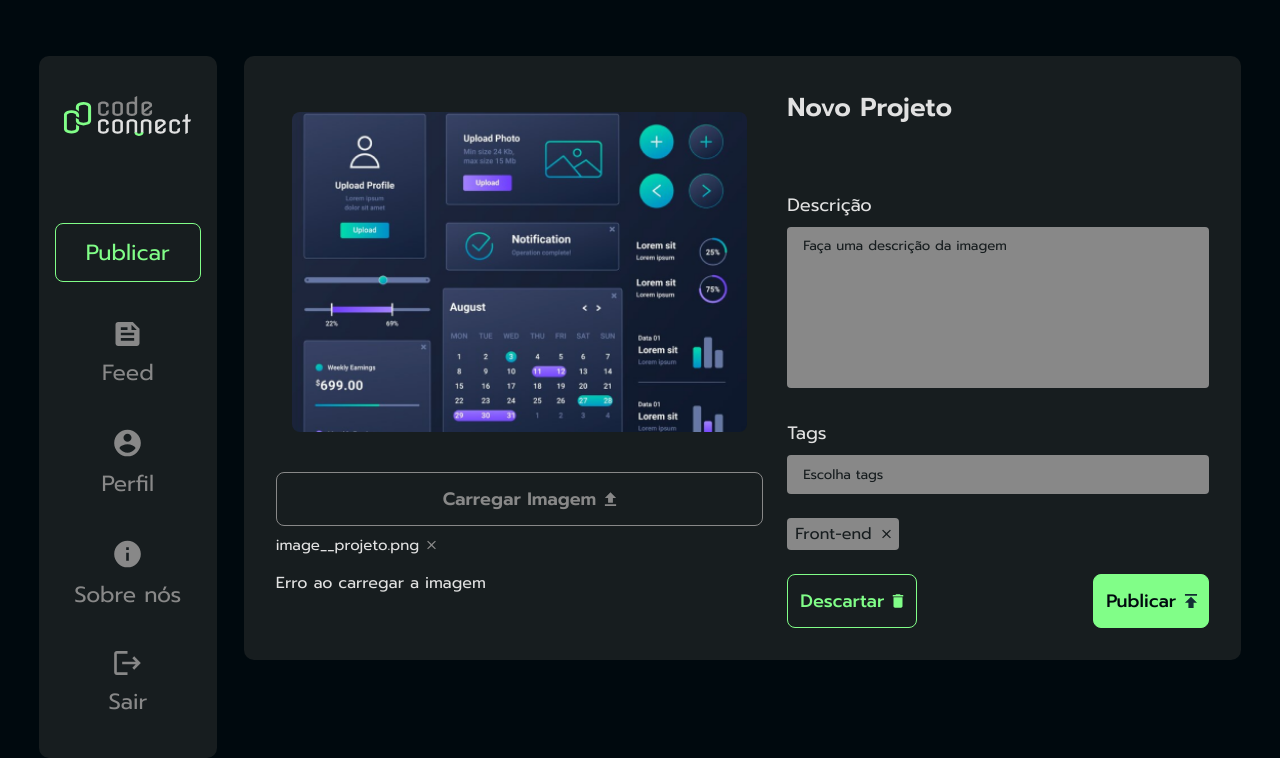
Repository: joaoPraiaJunior/async_await
Page: index.html
An editor plug-in stored every save of this project. The page is shown before and after the next save, followed by the edit.
The browser window is 1280 px wide. The pictures show the whole page.

Above is the page before, as saved 2024-08-25 21:08:51.

After the next save:
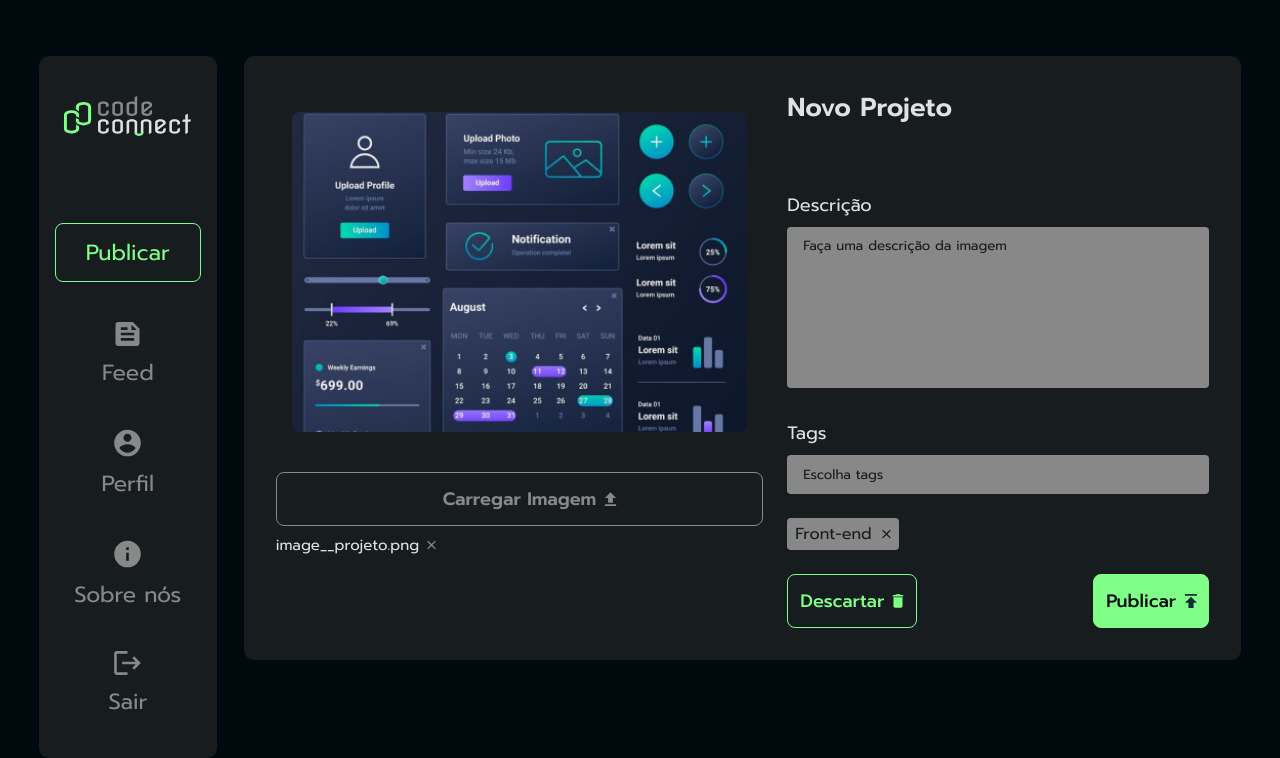
Saved 73 s later.
--- a/index.html
+++ b/index.html
@@ -40,7 +40,7 @@
                 <img src="./img/close.svg" aria-label="Excluir a imagem" alt>
             </div>
             <div class="c-upload-imagem__mensagem-erro">
-                <p data-js="mensagem-de-erro">Erro ao carregar a imagem</p>
+                <p data-js="mensagem-de-erro" aria-hidden="true"></p>
             </div>
         </div>
 
